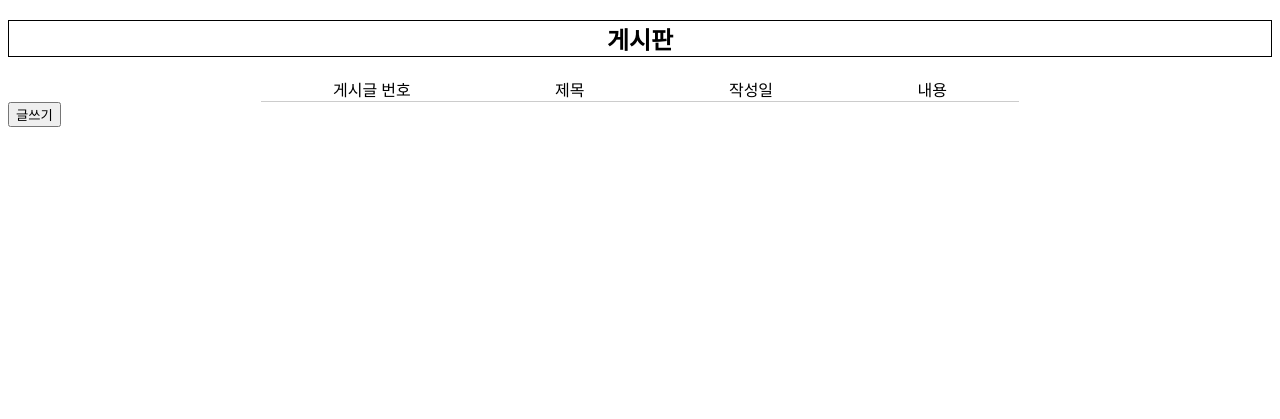
Repository: thdtjdgml415/exVoc
Page: /
An editor plug-in stored every save of this project. The page is shown before and after the next save, followed by the edit.
The browser window is 1280 px wide. The pictures show the whole page.
The project was rebuilt for these pictures with package versions that can differ from the ones it lists, and the page was loaded fresh each time.

Above is the page before, as saved 2023-01-12 11:07:47.

After the next save:
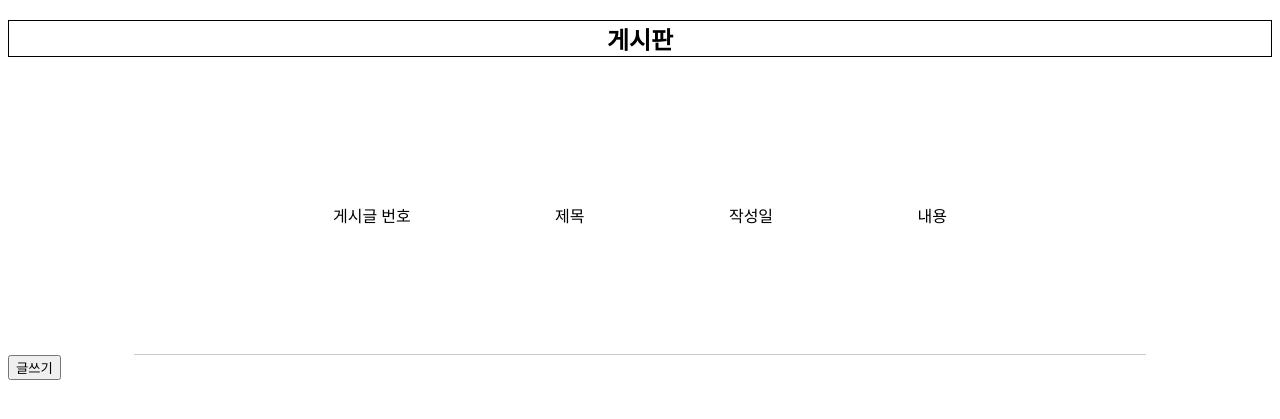
Saved 10 s later.
--- a/src/assets/notice.css
+++ b/src/assets/notice.css
@@ -8,4 +8,5 @@
     border-bottom: 1px solid #ccc;
     width: 60%;
     margin: 0 auto;
+    padding: 10%;
 }

After the save that followed:
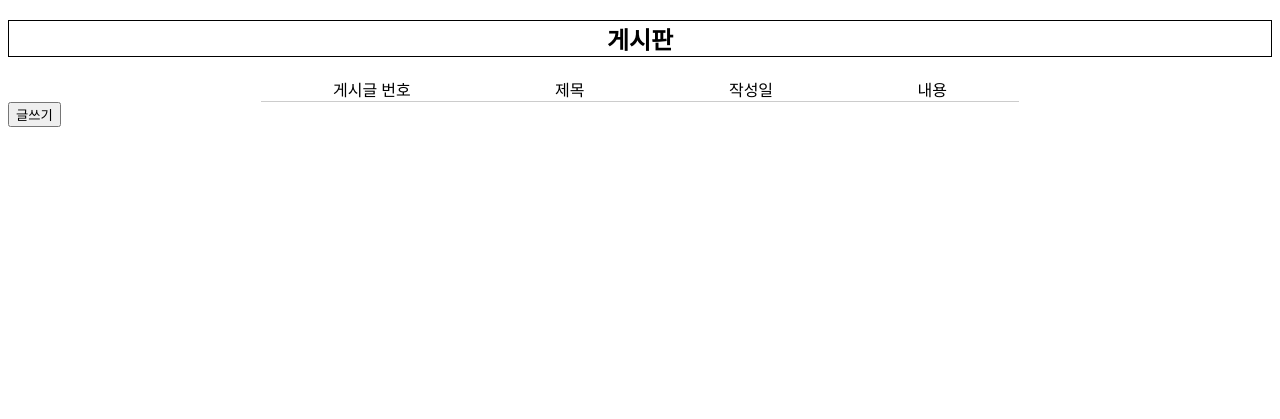
Saved 5 s later.
--- a/src/assets/notice.css
+++ b/src/assets/notice.css
@@ -8,5 +8,4 @@
     border-bottom: 1px solid #ccc;
     width: 60%;
     margin: 0 auto;
-    padding: 10%;
 }
